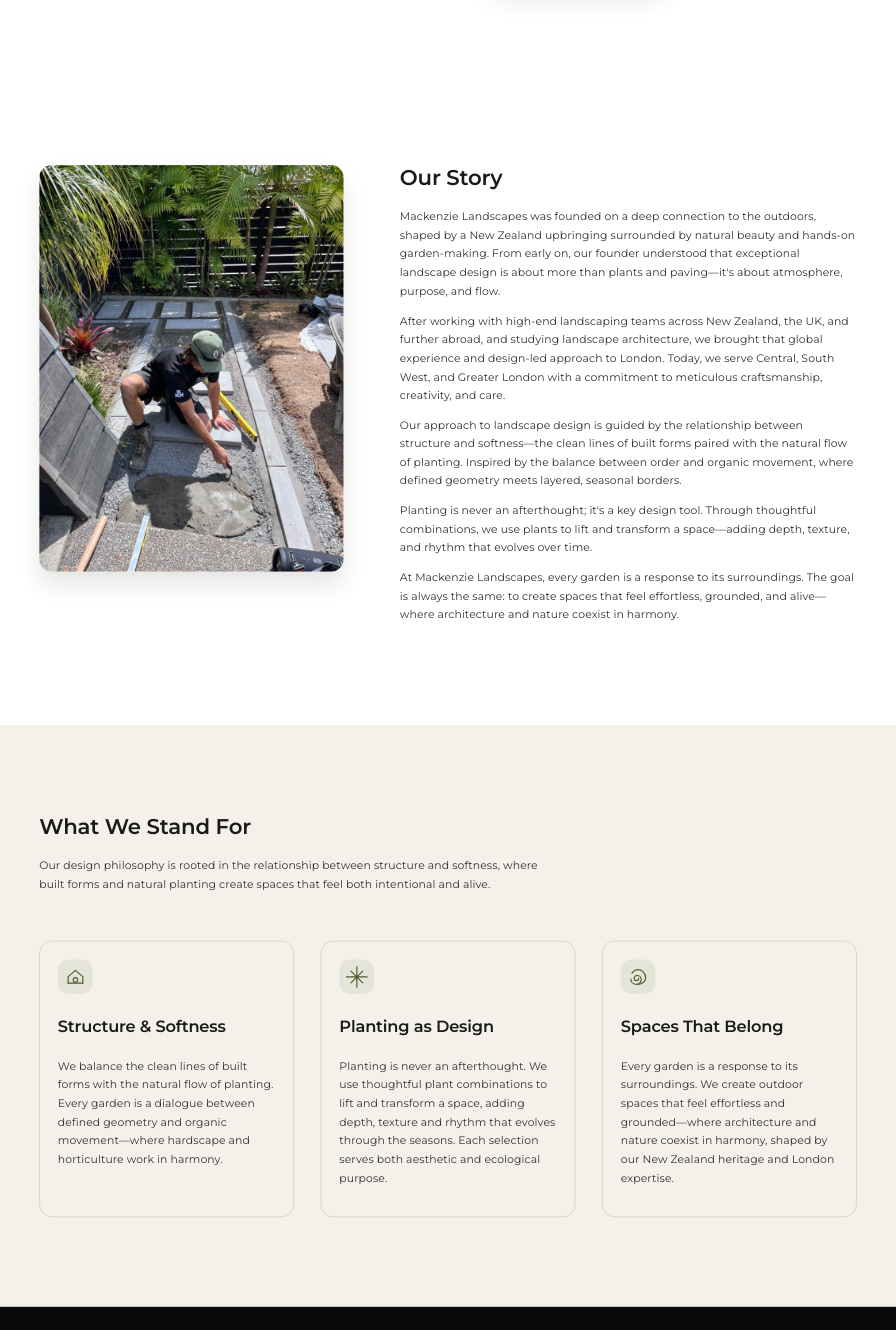
Repository: JoelMann1/MackenzieLandscapes
Page: about.html
These files come from the project's save history. The page is drawn as it stood at one moment and after the next save; the edit follows.
The browser window is 1280 px wide. The pictures show the part of the page from y = 967 to 2867 px (the page is 3790 px tall before and 3811 px after), at 70% of full size.
A picture or video elsewhere on the page could not be fetched, so the positions and the page height are approximate.

Above is the page before, as saved 2025-10-22 17:22:28.

### about.html
<!doctype html>
<html lang="en-GB">
<head>
  <meta charset="utf-8" />
  <meta name="viewport" content="width=device-width, initial-scale=1" />
  <title>About us &mdash; Mackenzie Landscapes</title>
  <meta name="description" content="Who we are, how we work, and why homeowners trust us with their gardens.">
  <meta name="theme-color" content="#1B8A64">
  <link rel="canonical" href="https://mackenzielandscapes.uk/about.html">
  <link rel="icon" href="assets/img/favicon.svg" type="image/svg+xml">
  <link rel="stylesheet" href="assets/css/styles.css">
  <meta property="og:title" content="About us &mdash; Mackenzie Landscapes">
  <meta property="og:description" content="Meet the team behind Mackenzie Landscapes and explore our approach to garden design.">
  <meta property="og:type" content="website">
  <meta property="og:url" content="https://mackenzielandscapes.uk/about.html">
  <meta property="og:image" content="https://mackenzielandscapes.uk/assets/img/IMG-4079-768x1024.jpg">
  <meta property="og:locale" content="en_GB">
</head>
<body>
<a class="skip-link" href="#content">Skip to content</a>
<header class="site-header" data-header>
  <div class="nav-inner">
    <a class="logo" href="index.html" aria-label="Mackenzie Landscapes home">
      <svg aria-hidden="true" viewBox="0 0 64 64"><use href="assets/img/favicon.svg#leaf"/></svg>
      <span class="visually-hidden">Mackenzie Landscapes</span>
    </a>
    <nav class="primary-nav" aria-label="Primary">
      <ul class="menu" role="menubar">
        <li class="menu-item"><a role="menuitem" href="index.html">Home</a></li>
        <li class="menu-item"><a role="menuitem" href="about.html">About</a></li>
        <li class="menu-item has-panel" data-menu="services">
          <button class="menu-trigger" type="button" aria-expanded="false" aria-controls="panel-services" role="menuitem">
            Services
          </button>
          <div id="panel-services" class="menu-panel" role="menu" hidden>
            <div class="panel-col" role="none">
              <span class="panel-heading">Design &amp; Planning</span>
              <a role="menuitem" href="concept-and-design.html">Concept &amp; Design</a>
              <a role="menuitem" href="softscaping.html">Softscaping</a>
            </div>
            <div class="panel-col" role="none">
              <span class="panel-heading">Build &amp; Care</span>
              <a role="menuitem" href="hardscaping.html">Hardscaping</a>
              <a role="menuitem" href="tree-care.html">Tree Care</a>
              <a role="menuitem" href="commercial.html">Commercial</a>
              <a role="menuitem" href="maintenance.html">Maintenance</a>
            </div>
          </div>
        </li>
        <li class="menu-item has-panel" data-menu="projects">
          <button class="menu-trigger" type="button" aria-expanded="false" aria-controls="panel-projects" role="menuitem">
            Projects
          </button>
          <div id="panel-projects" class="menu-panel" role="menu" hidden>
            <div class="panel-col" role="none">
              <span class="panel-heading">Featured</span>
              <a role="menuitem" href="gallery.html">Gallery Overview</a>
              <a role="menuitem" href="gallery.html#lighting">Lighting &amp; ambience</a>
            </div>
            <div class="panel-col" role="none">
              <span class="panel-heading">Details</span>
              <a role="menuitem" href="gallery.html#hardscape">Hardscape detailing</a>
              <a role="menuitem" href="gallery.html#planting">Planting inspiration</a>
            </div>
          </div>
        </li>
        <li class="menu-item"><a role="menuitem" href="pricing.html">Pricing</a></li>
      </ul>
    </nav>
    <div class="nav-cta">
      <a class="cta" href="contact.html">Contact Us</a>
      <a class="phone" href="tel:+442012345678">+44 20 1234 5678</a>
    </div>
    <button class="mobile-menu-toggle" type="button" aria-label="Toggle mobile menu" aria-expanded="false" aria-controls="mobile-menu">
      <span class="hamburger-line"></span>
      <span class="hamburger-line"></span>
      <span class="hamburger-line"></span>
    </button>
  </div>
</header>

<!-- Mobile Menu Overlay -->
<div class="mobile-menu" id="mobile-menu" aria-hidden="true">
  <div class="mobile-menu__inner">
    <nav class="mobile-nav" aria-label="Mobile navigation">
      <ul class="mobile-menu__list">
        <li class="mobile-menu__item">
          <a href="index.html" class="mobile-menu__link">Home</a>
        </li>
        <li class="mobile-menu__item">
          <a href="about.html" class="mobile-menu__link">About</a>
        </li>
        <li class="mobile-menu__item mobile-menu__item--has-submenu">
          <button class="mobile-menu__link mobile-submenu-toggle" type="button" aria-expanded="false">
            Services
            <svg class="submenu-arrow" width="12" height="12" viewBox="0 0 12 12" fill="none">
              <path d="M2 4L6 8L10 4" stroke="currentColor" stroke-width="2" stroke-linecap="round"/>
            </svg>
          </button>
          <ul class="mobile-submenu">
            <li><a href="concept-and-design.html">Concept &amp; Design</a></li>
            <li><a href="softscaping.html">Softscaping</a></li>
            <li><a href="hardscaping.html">Hardscaping</a></li>
            <li><a href="tree-care.html">Tree Care</a></li>
            <li><a href="commercial.html">Commercial</a></li>
            <li><a href="maintenance.html">Maintenance</a></li>
          </ul>
        </li>
        <li class="mobile-menu__item mobile-menu__item--has-submenu">
          <button class="mobile-menu__link mobile-submenu-toggle" type="button" aria-expanded="false">
            Projects
            <svg class="submenu-arrow" width="12" height="12" viewBox="0 0 12 12" fill="none">
              <path d="M2 4L6 8L10 4" stroke="currentColor" stroke-width="2" stroke-linecap="round"/>
            </svg>
          </button>
          <ul class="mobile-submenu">
            <li><a href="gallery.html">Gallery Overview</a></li>
            <li><a href="gallery.html#residential">Residential Gardens</a></li>
            <li><a href="gallery.html#lighting">Lighting Schemes</a></li>
            <li><a href="gallery.html#hardscape">Hardscape Detailing</a></li>
          </ul>
        </li>
        <li class="mobile-menu__item">
          <a href="pricing.html" class="mobile-menu__link">Pricing</a>
        </li>
      </ul>
      <div class="mobile-menu__cta">
        <a class="mobile-cta-btn" href="contact.html">Contact Us</a>
        <a class="mobile-phone" href="tel:+442012345678">+44 20 1234 5678</a>
      </div>
    </nav>
  </div>
</div>
<main id="content"><section class="section section--about-preview"><div class="container about-preview"><div class="about-preview__copy" data-reveal><p class="eyebrow eyebrow--sage">About us</p><h1 class="section-title section-title--display">Meet Mackenzie Landscapes</h1><p>At Mackenzie Landscapes we believe your outdoor space is an extension of your home&mdash;a place to relax, entertain and connect with nature. Every garden we shape is designed to feel calm, functional and deeply personal.</p><p>Founded by a new generation of landscaping professionals, our vision blends refined design with practical craftsmanship so the spaces we deliver feel timeless and live beautifully.</p><div class="about-preview__actions"><a class="btn btn--primary" href="contact.html">Start a consultation</a><a class="btn btn--secondary" href="gallery.html"><span data-alt="View our work">View our work</span></a></div></div><div class="about-preview__media" data-reveal><figure class="about-preview__feature"><img src="assets/img/IMG_4568.jpg" alt="Detailed craftsmanship in garden construction"></figure><div class="about-preview__stack"><img src="assets/img/IMG_7138.jpg" alt="Garden design and planting details"><img src="assets/img/IMG_2052.JPG" alt="Planting and garden design details"></div></div></div></section><div id="header-sentinel" aria-hidden="true"></div>

<section class="section section">
  <div class="container split split--reverse">
    <div data-reveal>
      <div class="story-gallery">
        <figure class="story-gallery__main">
          <img src="assets/img/IMG-4079-768x1024.jpg" alt="Professional landscaping work">
        </figure>
      </div>
    </div>
    <div data-reveal>
      <h2 class="section-title">Our Story</h2>
      <p>Mackenzie Landscapes was founded on a deep connection to the outdoors, shaped by a New Zealand upbringing surrounded by natural beauty and hands-on garden-making. From early on, our founder understood that exceptional landscape design is about more than plants and paving&mdash;it's about atmosphere, purpose, and flow.</p>
      <p>After working with high-end landscaping teams across New Zealand, the UK, and further abroad, and studying landscape architecture, we brought that global experience and design-led approach to London. Today, we serve Central, South West, and Greater London with a commitment to meticulous craftsmanship, creativity, and care.</p>
      <p>Our approach to landscape design is guided by the relationship between structure and softness&mdash;the clean lines of built forms paired with the natural flow of planting. Inspired by the balance between order and organic movement, where defined geometry meets layered, seasonal borders.</p>
      <p>Planting is never an afterthought; it's a key design tool. Through thoughtful combinations, we use plants to lift and transform a space&mdash;adding depth, texture, and rhythm that evolves over time.</p>
      <p>At Mackenzie Landscapes, every garden is a response to its surroundings. The goal is always the same: to create spaces that feel effortless, grounded, and alive&mdash;where architecture and nature coexist in harmony.</p>
    </div>
  </div>
</section>

<section class="section section--values">
  <div class="container values">
    <div class="values__intro" data-reveal>
      <h2 class="section-title">What We Stand For</h2>
      <p>Our design philosophy is rooted in the relationship between structure and softness, where built forms and natural planting create spaces that feel both intentional and alive.</p>
    </div>
    <div class="values__cards" data-reveal>
      <article class="values-item">
        <span class="values-item__icon" aria-hidden="true">
          <svg viewBox="0 0 32 32" fill="none" stroke="currentColor" stroke-width="1.6" stroke-linecap="round" stroke-linejoin="round">
            <path d="M6 24.5v-9L16 7l10 8.5v9" />
            <path d="M13 20c0-1.657 1.343-3 3-3s3 1.343 3 3-1.343 3-3 3-3-1.343-3-3Z" />
            <path d="M6 24.5h20" />
          </svg>
        </span>
        <h3>Structure &amp; Softness</h3>
        <p>We balance the clean lines of built forms with the natural flow of planting. Every garden is a dialogue between defined geometry and organic movement&mdash;where hardscape and horticulture work in harmony.</p>
      </article>
      <article class="values-item">
        <span class="values-item__icon" aria-hidden="true">
          <svg viewBox="0 0 32 32" fill="none" stroke="currentColor" stroke-width="1.6" stroke-linecap="round" stroke-linejoin="round">
            <path d="M16 2v28M2 16h28M8 8l16 16M24 8l-16 16" />
          </svg>
        </span>
        <h3>Planting as Design</h3>
        <p>Planting is never an afterthought. We use thoughtful plant combinations to lift and transform a space, adding depth, texture and rhythm that evolves through the seasons. Each selection serves both aesthetic and ecological purpose.</p>
      </article>
      <article class="values-item">
        <span class="values-item__icon" aria-hidden="true">
          <svg viewBox="0 0 32 32" fill="none" stroke="currentColor" stroke-width="1.6" stroke-linecap="round" stroke-linejoin="round">
            <path d="M16 26c5.523 0 10-4.03 10-9 0-5.802-4.477-11-10-11-3.756 0-6.608 1.92-8.5 4.8" />
            <path d="M6 19c0 4.08 3.268 7 7.5 7 3.59 0 6.5-2.91 6.5-6.5 0-3.037-2.463-5.5-5.5-5.5-2.177 0-4 1.823-4 4 0 1.657 1.343 3 3 3s3-1.343 3-3" />
          </svg>
        </span>
        <h3>Spaces That Belong</h3>
        <p>Every garden is a response to its surroundings. We create outdoor spaces that feel effortless and grounded&mdash;where architecture and nature coexist in harmony, shaped by our New Zealand heritage and London expertise.</p>
      </article>
    </div>
  </div>
</section>





</main>
<footer class="site-footer">
  <div class="container">
    <div class="footer-hero footer-hero--with-image">
      <div class="footer-hero__content">
        <h2 class="footer-hero__title">
          <span class="footer-hero__line" data-footer-line>Let's create</span>
          <span class="footer-hero__line footer-hero__line--large" data-footer-line>something</span>
          <span class="footer-hero__line footer-hero__line--accent" data-footer-line>extraordinary</span>
        </h2>
        <div class="footer-hero__cta" data-footer-fade>
          <a href="contact.html" class="footer-cta-btn">Start a project</a>
        </div>
      </div>
      <div class="footer-hero__image" data-footer-fade>
        <img src="assets/img/Racket-Town-Cottage-Tresco-42.jpg" alt="Mackenzie Landscapes project">
      </div>
    </div>

    <div class="footer-content">
      <div class="footer-main">
        <div class="footer-brand" data-footer-fade>
          <h3>Mackenzie<br>Landscapes</h3>
          <p>Modern landscaping &amp; garden design for Central &amp; South West London.</p>
        </div>

        <nav class="footer-nav" aria-label="Footer navigation" data-footer-fade>
          <div class="footer-nav__col">
            <h4>Explore</h4>
            <ul>
              <li><a href="about.html">About</a></li>
              <li><a href="gallery.html">Gallery</a></li>
              <li><a href="concept-and-design.html">Design</a></li>
              <li><a href="maintenance.html">Maintenance</a></li>
            </ul>
          </div>
          <div class="footer-nav__col">
            <h4>Connect</h4>
            <ul>
              <li><a href="contact.html">Contact</a></li>
              <li><a href="pricing.html">Pricing</a></li>
              <li><a href="tel:+442012345678">+44 20 1234 5678</a></li>
              <li><a href="mailto:hello@mackenzielandscapes.co.uk">Get in touch</a></li>
            </ul>
          </div>
        </nav>
      </div>

      <div class="footer-bottom" data-footer-fade>
        <div class="footer-meta">
          <p>&copy; <span id="year"></span> Mackenzie Landscapes</p>
          <p>Mon&ndash;Fri 09:00&ndash;17:00</p>
        </div>
        <div class="footer-legal">
          <a href="#">Privacy</a>
          <a href="#">Terms</a>
        </div>
      </div>
    </div>
  </div>
</footer>
<script src="assets/js/main.js"></script>
</body>
</html>

Loaded but not shown: assets/js/main.js (486 lines, source omitted); assets/css/styles.css (3261 lines, source omitted)

After the next save:
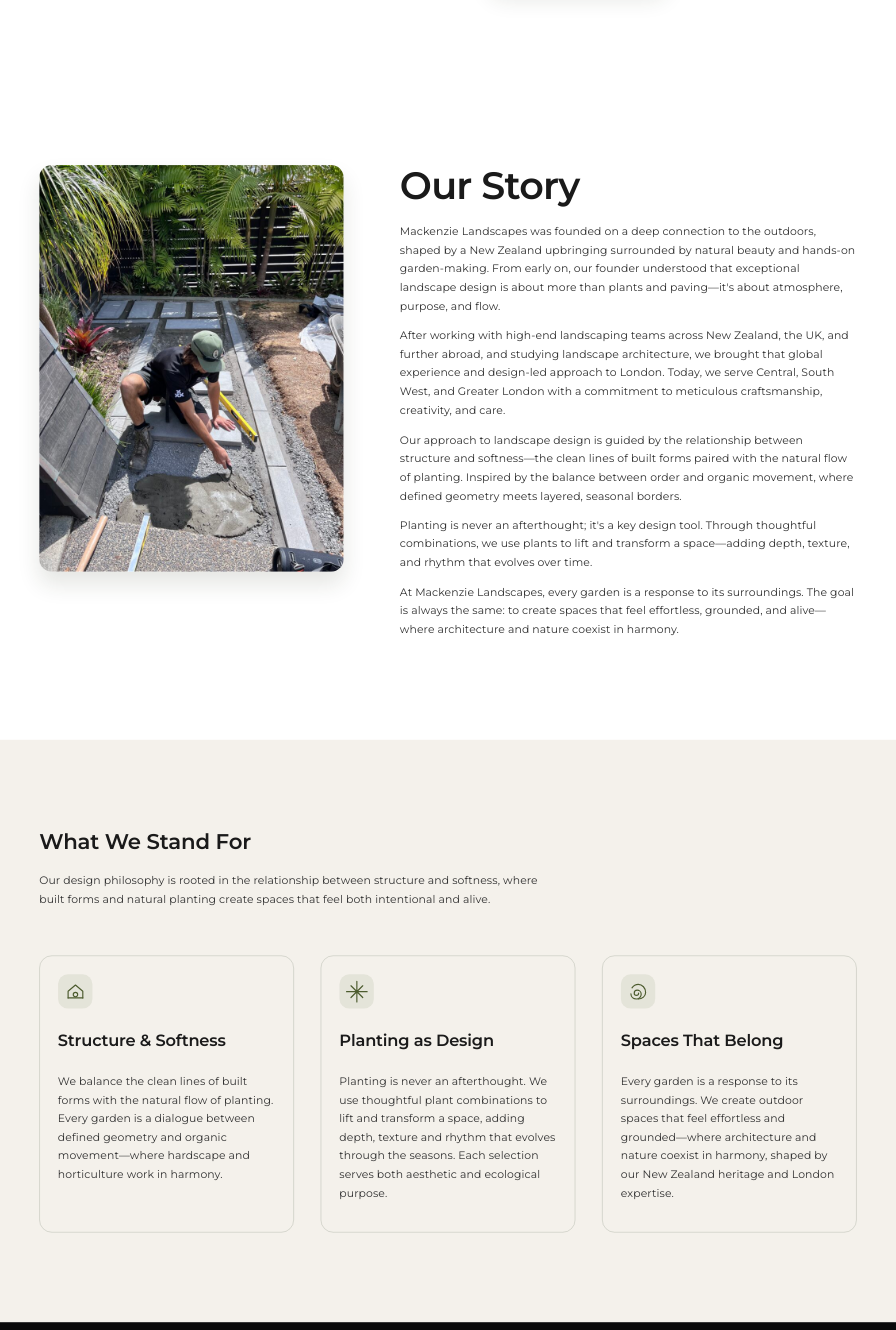
Saved 118 s later.
--- a/about.html
+++ b/about.html
@@ -143,7 +143,7 @@
       </div>
     </div>
     <div data-reveal>
-      <h2 class="section-title">Our Story</h2>
+      <h2 class="section-title section-title--display">Our Story</h2>
       <p>Mackenzie Landscapes was founded on a deep connection to the outdoors, shaped by a New Zealand upbringing surrounded by natural beauty and hands-on garden-making. From early on, our founder understood that exceptional landscape design is about more than plants and paving&mdash;it's about atmosphere, purpose, and flow.</p>
       <p>After working with high-end landscaping teams across New Zealand, the UK, and further abroad, and studying landscape architecture, we brought that global experience and design-led approach to London. Today, we serve Central, South West, and Greater London with a commitment to meticulous craftsmanship, creativity, and care.</p>
       <p>Our approach to landscape design is guided by the relationship between structure and softness&mdash;the clean lines of built forms paired with the natural flow of planting. Inspired by the balance between order and organic movement, where defined geometry meets layered, seasonal borders.</p>
